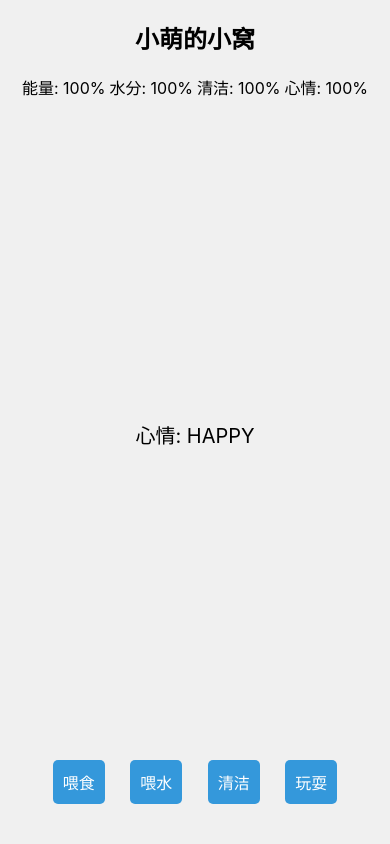
Repository: jzzdsb/PixelPetClimates
Screen: /
These files come from the project's save history. The screen is drawn as it stood at one moment and after the next save; the edit follows.
Pictures or frames that could not be fetched are drawn as grey boxes. The app was drawn by React Native's web renderer in a window 390 px wide. The project was rebuilt for these pictures with package versions that can differ from the ones it lists, and the page was loaded fresh each time.

Above is the screen before, as saved 2025-05-16 17:26:19.

### App.tsx
import { StatusBar } from 'expo-status-bar';
import { SafeAreaView } from 'react-native';
import PetGame from './src/components/PetGame';

export default function App() {
  return (
    <SafeAreaView style={{ flex: 1 }}>
      <StatusBar style="auto" />
      <PetGame />
    </SafeAreaView>
  );
}

### src/components/PetGame.tsx
import React, { useEffect, useState } from 'react';
import { View, Text, StyleSheet, TouchableOpacity, Image } from 'react-native';
import { Pet } from '../types/Pet';
import { GameTimeManager, PetStateManager } from '../store/GameState';

/**
 * 主游戏组件
 */
const PetGame: React.FC = () => {
  const [pet, setPet] = useState<Pet | null>(null);
  const [isNight, setIsNight] = useState(false);

  const gameTimeManager = GameTimeManager.getInstance();
  const petStateManager = PetStateManager.getInstance();

  useEffect(() => {
    // 创建新宠物
    const newPet = petStateManager.createPet('小萌', 'cat');
    setPet(newPet);

    // 设置游戏循环
    const gameLoop = setInterval(() => {
      gameTimeManager.updateTime();
      setIsNight(gameTimeManager.getIsNight());

      if (pet) {
        petStateManager.updatePetStats(pet.id);
        setPet({ ...petStateManager.getPet(pet.id)! });
      }
    }, 1000); // 每秒更新一次

    return () => clearInterval(gameLoop);
  }, []);

  const handleFeed = () => {
    if (pet) {
      petStateManager.feedPet(pet.id);
      setPet({ ...petStateManager.getPet(pet.id)! });
    }
  };

  const handleDrink = () => {
    if (pet) {
      petStateManager.giveDrink(pet.id);
      setPet({ ...petStateManager.getPet(pet.id)! });
    }
  };

  const handleClean = () => {
    if (pet) {
      petStateManager.clean(pet.id);
      setPet({ ...petStateManager.getPet(pet.id)! });
    }
  };

  const handlePlay = () => {
    if (pet) {
      petStateManager.play(pet.id);
      setPet({ ...petStateManager.getPet(pet.id)! });
    }
  };

  if (!pet) return null;

  return (
    <View style={[styles.container, isNight && styles.nightContainer]}>
      <Text style={styles.title}>{pet.name}的小窝</Text>

      <View style={styles.statsContainer}>
        <Text style={styles.stat}>能量: {Math.round(pet.stats.energy)}%</Text>
        <Text style={styles.stat}>水分: {Math.round(pet.stats.hydration)}%</Text>
        <Text style={styles.stat}>清洁: {Math.round(pet.stats.cleanliness)}%</Text>
        <Text style={styles.stat}>心情: {Math.round(pet.stats.happiness)}%</Text>
      </View>

      <View style={styles.petContainer}>
        {/* 这里后续需要添加像素风格的宠物图片 */}
        <Text style={styles.petMood}>心情: {pet.mood}</Text>
      </View>

      <View style={styles.actionContainer}>
        <TouchableOpacity style={styles.button} onPress={handleFeed}>
          <Text style={styles.buttonText}>喂食</Text>
        </TouchableOpacity>
        <TouchableOpacity style={styles.button} onPress={handleDrink}>
          <Text style={styles.buttonText}>喂水</Text>
        </TouchableOpacity>
        <TouchableOpacity style={styles.button} onPress={handleClean}>
          <Text style={styles.buttonText}>清洁</Text>
        </TouchableOpacity>
        <TouchableOpacity style={styles.button} onPress={handlePlay}>
          <Text style={styles.buttonText}>玩耍</Text>
        </TouchableOpacity>
      </View>
    </View>
  );
};

const styles = StyleSheet.create({
  container: {
    flex: 1,
    padding: 20,
    backgroundColor: '#f0f0f0',
  },
  nightContainer: {
    backgroundColor: '#2c3e50',
  },
  title: {
    fontSize: 24,
    fontWeight: 'bold',
    textAlign: 'center',
    marginBottom: 20,
  },
  statsContainer: {
    flexDirection: 'row',
    justifyContent: 'space-around',
    marginBottom: 20,
  },
  stat: {
    fontSize: 16,
  },
  petContainer: {
    flex: 1,
    alignItems: 'center',
    justifyContent: 'center',
  },
  petMood: {
    fontSize: 20,
    marginTop: 10,
  },
  actionContainer: {
    flexDirection: 'row',
    justifyContent: 'space-around',
    padding: 20,
  },
  button: {
    backgroundColor: '#3498db',
    padding: 10,
    borderRadius: 5,
  },
  buttonText: {
    color: 'white',
    fontSize: 16,
  },
});

export default PetGame;

### src/store/GameState.ts
import { Pet, PetMood, PetStats } from '../types/Pet';

/**
 * 游戏时间管理器
 */
export class GameTimeManager {
  private static instance: GameTimeManager;
  private currentTime: Date;
  private isNight: boolean;

  private constructor() {
    this.currentTime = new Date();
    this.isNight = this.checkIsNight();
  }

  /**
   * 获取游戏时间管理器实例
   */
  public static getInstance(): GameTimeManager {
    if (!GameTimeManager.instance) {
      GameTimeManager.instance = new GameTimeManager();
    }
    return GameTimeManager.instance;
  }

  /**
   * 检查当前是否是夜晚
   */
  private checkIsNight(): boolean {
    const hours = this.currentTime.getHours();
    return hours >= 20 || hours < 6;
  }

  /**
   * 更新游戏时间
   */
  public updateTime(): void {
    this.currentTime = new Date();
    this.isNight = this.checkIsNight();
  }

  /**
   * 获取当前是否是夜晚
   */
  public getIsNight(): boolean {
    return this.isNight;
  }
}

/**
 * 宠物状态管理器
 */
export class PetStateManager {
  private static instance: PetStateManager;
  private pets: Map<string, Pet>;

  private constructor() {
    this.pets = new Map();
  }

  /**
   * 获取宠物状态管理器实例
   */
  public static getInstance(): PetStateManager {
    if (!PetStateManager.instance) {
      PetStateManager.instance = new PetStateManager();
    }
    return PetStateManager.instance;
  }

  /**
   * 创建新宠物
   */
  public createPet(name: string, type: string): Pet {
    const newPet: Pet = {
      id: Date.now().toString(),
      name,
      type,
      mood: PetMood.HAPPY,
      stats: {
        energy: 100,
        hydration: 100,
        cleanliness: 100,
        happiness: 100,
        health: 100,
      },
      lastFed: new Date(),
      lastDrank: new Date(),
      lastCleaned: new Date(),
      lastPlayed: new Date(),
      createdAt: new Date(),
    };
    this.pets.set(newPet.id, newPet);
    return newPet;
  }

  /**
   * 获取宠物信息
   */
  public getPet(petId: string): Pet | undefined {
    return this.pets.get(petId);
  }

  /**
   * 更新宠物状态
   */
  public updatePetStats(petId: string): void {
    const pet = this.pets.get(petId);
    if (!pet) return;

    const now = new Date();
    const timeSinceLastFed = (now.getTime() - pet.lastFed.getTime()) / (1000 * 60); // 转换为分钟
    const timeSinceLastDrank = (now.getTime() - pet.lastDrank.getTime()) / (1000 * 60);
    const timeSinceLastCleaned = (now.getTime() - pet.lastCleaned.getTime()) / (1000 * 60);
    const timeSinceLastPlayed = (now.getTime() - pet.lastPlayed.getTime()) / (1000 * 60);

    // 更新状态值
    pet.stats.energy = Math.max(0, pet.stats.energy - timeSinceLastFed * 0.1);
    pet.stats.hydration = Math.max(0, pet.stats.hydration - timeSinceLastDrank * 0.15);
    pet.stats.cleanliness = Math.max(0, pet.stats.cleanliness - timeSinceLastCleaned * 0.05);
    pet.stats.happiness = Math.max(0, pet.stats.happiness - timeSinceLastPlayed * 0.08);

    // 更新心情
    this.updatePetMood(pet);
  }

  /**
   * 更新宠物心情
   */
  private updatePetMood(pet: Pet): void {
    const averageStats = (
      pet.stats.energy +
      pet.stats.hydration +
      pet.stats.cleanliness +
      pet.stats.happiness
    ) / 4;

    if (averageStats >= 75) {
      pet.mood = PetMood.HAPPY;
    } else if (averageStats >= 50) {
      pet.mood = PetMood.NORMAL;
    } else if (averageStats >= 25) {
      pet.mood = PetMood.SAD;
    } else {
      pet.mood = PetMood.ANGRY;
    }
  }

  /**
   * 喂食
   */
  public feedPet(petId: string): void {
    const pet = this.pets.get(petId);
    if (!pet) return;

    pet.stats.energy = Math.min(100, pet.stats.energy + 30);
    pet.lastFed = new Date();
    this.updatePetMood(pet);
  }

  /**
   * 喂水
   */
  public giveDrink(petId: string): void {
    const pet = this.pets.get(petId);
    if (!pet) return;

    pet.stats.hydration = Math.min(100, pet.stats.hydration + 30);
    pet.lastDrank = new Date();
    this.updatePetMood(pet);
  }

  /**
   * 清洁
   */
  public clean(petId: string): void {
    const pet = this.pets.get(petId);
    if (!pet) return;

    pet.stats.cleanliness = 100;
    pet.lastCleaned = new Date();
    this.updatePetMood(pet);
  }

  /**
   * 玩耍
   */
  public play(petId: string): void {
    const pet = this.pets.get(petId);
    if (!pet) return;

    pet.stats.happiness = Math.min(100, pet.stats.happiness + 20);
    pet.stats.energy = Math.max(0, pet.stats.energy - 10);
    pet.lastPlayed = new Date();
    this.updatePetMood(pet);
  }
}

### src/types/Pet.ts
/**
 * 宠物状态枚举
 */
export enum PetMood {
  HAPPY = 'HAPPY',
  NORMAL = 'NORMAL',
  SAD = 'SAD',
  ANGRY = 'ANGRY',
}

/**
 * 宠物属性接口
 */
export interface PetStats {
  energy: number;      // 能量值 0-100
  hydration: number;   // 水分值 0-100
  cleanliness: number; // 清洁度 0-100
  happiness: number;   // 幸福度 0-100
  health: number;      // 健康度 0-100
}

/**
 * 宠物类型接口
 */
export interface Pet {
  id: string;
  name: string;
  type: string;
  mood: PetMood;
  stats: PetStats;
  lastFed: Date;
  lastDrank: Date;
  lastCleaned: Date;
  lastPlayed: Date;
  createdAt: Date;
}

### src/components/PixelPet.tsx
import React, { useEffect, useRef } from 'react';
import { View, Image, StyleSheet, Animated, Easing } from 'react-native';
import { PetMood } from '../types/Pet';

interface PixelPetProps {
  mood: PetMood;
  isNight: boolean;
  type: string;
}

/**
 * 像素宠物组件
 */
const PixelPet: React.FC<PixelPetProps> = ({ mood, isNight, type }) => {
  const bounceAnim = useRef(new Animated.Value(0)).current;
  const floatAnim = useRef(new Animated.Value(0)).current;

  useEffect(() => {
    // 弹跳动画
    Animated.loop(
      Animated.sequence([
        Animated.timing(bounceAnim, {
          toValue: -10,
          duration: 1000,
          easing: Easing.inOut(Easing.ease),
          useNativeDriver: true,
        }),
        Animated.timing(bounceAnim, {
          toValue: 0,
          duration: 1000,
          easing: Easing.inOut(Easing.ease),
          useNativeDriver: true,
        }),
      ])
    ).start();

    // 漂浮动画
    Animated.loop(
      Animated.sequence([
        Animated.timing(floatAnim, {
          toValue: 5,
          duration: 2000,
          easing: Easing.inOut(Easing.ease),
          useNativeDriver: true,
        }),
        Animated.timing(floatAnim, {
          toValue: -5,
          duration: 2000,
          easing: Easing.inOut(Easing.ease),
          useNativeDriver: true,
        }),
      ])
    ).start();
  }, []);

  // 根据心情和时间获取对应的图片
  const getPetImage = () => {
    // TODO: 替换为实际的图片资源
    return require('../assets/images/pets/default.png');
  };

  return (
    <View style={styles.container}>
      <Animated.View
        style={[
          styles.petContainer,
          {
            transform: [
              { translateY: bounceAnim },
              { translateX: floatAnim },
            ],
          },
        ]}
      >
        <Image
          source={getPetImage()}
          style={[
            styles.petImage,
            isNight && styles.nightFilter,
          ]}
        />
      </Animated.View>
      {/* 添加阴影效果 */}
      <View style={styles.shadow} />
    </View>
  );
};

const styles = StyleSheet.create({
  container: {
    alignItems: 'center',
    justifyContent: 'center',
    height: 200,
  },
  petContainer: {
    width: 100,
    height: 100,
  },
  petImage: {
    width: '100%',
    height: '100%',
    resizeMode: 'contain',
  },
  nightFilter: {
    tintColor: '#666',
    opacity: 0.8,
  },
  shadow: {
    position: 'absolute',
    bottom: 0,
    width: 60,
    height: 20,
    backgroundColor: 'rgba(0,0,0,0.2)',
    borderRadius: 30,
    transform: [{ scaleX: 2 }],
  },
});

export default PixelPet;

### src/components/PixelButton.tsx
import React from 'react';
import {
  TouchableOpacity,
  Text,
  StyleSheet,
  Animated,
  ViewStyle,
  TextStyle,
  TouchableOpacityProps,
} from 'react-native';

interface PixelButtonProps extends TouchableOpacityProps {
  title: string;
  containerStyle?: ViewStyle;
  textStyle?: TextStyle;
}

/**
 * 像素风格按钮组件
 */
const PixelButton: React.FC<PixelButtonProps> = ({
  title,
  containerStyle,
  textStyle,
  onPress,
  ...props
}) => {
  const animatedValue = new Animated.Value(1);

  const handlePressIn = () => {
    Animated.spring(animatedValue, {
      toValue: 0.95,
      useNativeDriver: true,
    }).start();
  };

  const handlePressOut = () => {
    Animated.spring(animatedValue, {
      toValue: 1,
      useNativeDriver: true,
    }).start();
  };

  return (
    <Animated.View
      style={[
        {
          transform: [{ scale: animatedValue }],
        },
      ]}
    >
      <TouchableOpacity
        onPress={onPress}
        onPressIn={handlePressIn}
        onPressOut={handlePressOut}
        style={[styles.button, containerStyle]}
        activeOpacity={0.7}
        {...props}
      >
        <Text style={[styles.text, textStyle]}>{title}</Text>
      </TouchableOpacity>
    </Animated.View>
  );
};

const styles = StyleSheet.create({
  button: {
    backgroundColor: '#4A90E2',
    padding: 12,
    borderRadius: 8,
    borderWidth: 3,
    borderColor: '#2171C1',
    shadowColor: '#000',
    shadowOffset: {
      width: 0,
      height: 2,
    },
    shadowOpacity: 0.25,
    shadowRadius: 3.84,
    elevation: 5,
  },
  text: {
    color: '#FFFFFF',
    fontSize: 16,
    fontWeight: 'bold',
    textAlign: 'center',
    textShadowColor: 'rgba(0, 0, 0, 0.5)',
    textShadowOffset: { width: 1, height: 1 },
    textShadowRadius: 1,
  },
});

export default PixelButton;

After the next save:
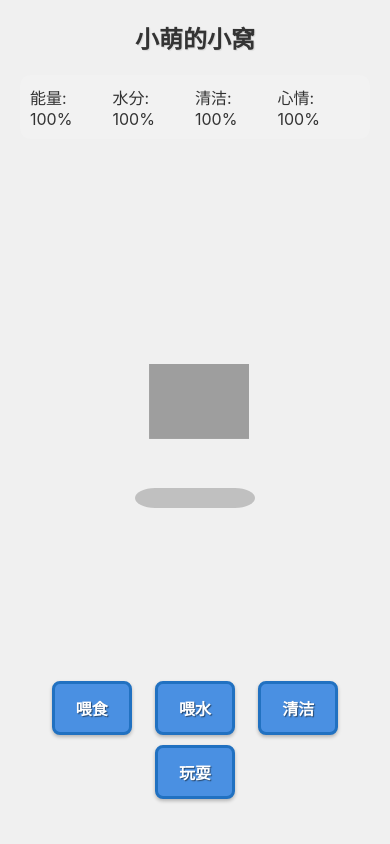
Saved 46 s later.
--- a/src/components/PetGame.tsx
+++ b/src/components/PetGame.tsx
@@ -1,7 +1,9 @@
 import React, { useEffect, useState } from 'react';
-import { View, Text, StyleSheet, TouchableOpacity, Image } from 'react-native';
+import { View, Text, StyleSheet, Animated } from 'react-native';
 import { Pet } from '../types/Pet';
 import { GameTimeManager, PetStateManager } from '../store/GameState';
+import PixelPet from './PixelPet';
+import PixelButton from './PixelButton';
 
 /**
  * 主游戏组件
@@ -9,6 +11,7 @@ import { GameTimeManager, PetStateManager } from '../store/GameState';
 const PetGame: React.FC = () => {
   const [pet, setPet] = useState<Pet | null>(null);
   const [isNight, setIsNight] = useState(false);
+  const fadeAnim = React.useRef(new Animated.Value(1)).current;
 
   const gameTimeManager = GameTimeManager.getInstance();
   const petStateManager = PetStateManager.getInstance();
@@ -21,13 +24,30 @@ const PetGame: React.FC = () => {
     // 设置游戏循环
     const gameLoop = setInterval(() => {
       gameTimeManager.updateTime();
-      setIsNight(gameTimeManager.getIsNight());
+      const newIsNight = gameTimeManager.getIsNight();
+
+      if (newIsNight !== isNight) {
+        // 日夜切换动画
+        Animated.sequence([
+          Animated.timing(fadeAnim, {
+            toValue: 0,
+            duration: 1000,
+            useNativeDriver: true,
+          }),
+          Animated.timing(fadeAnim, {
+            toValue: 1,
+            duration: 1000,
+            useNativeDriver: true,
+          }),
+        ]).start();
+        setIsNight(newIsNight);
+      }
 
       if (pet) {
         petStateManager.updatePetStats(pet.id);
         setPet({ ...petStateManager.getPet(pet.id)! });
       }
-    }, 1000); // 每秒更新一次
+    }, 1000);
 
     return () => clearInterval(gameLoop);
   }, []);
@@ -63,36 +83,63 @@ const PetGame: React.FC = () => {
   if (!pet) return null;
 
   return (
-    <View style={[styles.container, isNight && styles.nightContainer]}>
-      <Text style={styles.title}>{pet.name}的小窝</Text>
+    <Animated.View
+      style={[
+        styles.container,
+        isNight && styles.nightContainer,
+        { opacity: fadeAnim }
+      ]}
+    >
+      <Text style={[styles.title, isNight && styles.nightText]}>
+        {pet.name}的小窝
+      </Text>
 
       <View style={styles.statsContainer}>
-        <Text style={styles.stat}>能量: {Math.round(pet.stats.energy)}%</Text>
-        <Text style={styles.stat}>水分: {Math.round(pet.stats.hydration)}%</Text>
-        <Text style={styles.stat}>清洁: {Math.round(pet.stats.cleanliness)}%</Text>
-        <Text style={styles.stat}>心情: {Math.round(pet.stats.happiness)}%</Text>
+        <Text style={[styles.stat, isNight && styles.nightText]}>
+          能量: {Math.round(pet.stats.energy)}%
+        </Text>
+        <Text style={[styles.stat, isNight && styles.nightText]}>
+          水分: {Math.round(pet.stats.hydration)}%
+        </Text>
+        <Text style={[styles.stat, isNight && styles.nightText]}>
+          清洁: {Math.round(pet.stats.cleanliness)}%
+        </Text>
+        <Text style={[styles.stat, isNight && styles.nightText]}>
+          心情: {Math.round(pet.stats.happiness)}%
+        </Text>
       </View>
 
       <View style={styles.petContainer}>
-        {/* 这里后续需要添加像素风格的宠物图片 */}
-        <Text style={styles.petMood}>心情: {pet.mood}</Text>
+        <PixelPet
+          mood={pet.mood}
+          isNight={isNight}
+          type={pet.type}
+        />
       </View>
 
       <View style={styles.actionContainer}>
-        <TouchableOpacity style={styles.button} onPress={handleFeed}>
-          <Text style={styles.buttonText}>喂食</Text>
-        </TouchableOpacity>
-        <TouchableOpacity style={styles.button} onPress={handleDrink}>
-          <Text style={styles.buttonText}>喂水</Text>
-        </TouchableOpacity>
-        <TouchableOpacity style={styles.button} onPress={handleClean}>
-          <Text style={styles.buttonText}>清洁</Text>
-        </TouchableOpacity>
-        <TouchableOpacity style={styles.button} onPress={handlePlay}>
-          <Text style={styles.buttonText}>玩耍</Text>
-        </TouchableOpacity>
+        <PixelButton
+          title="喂食"
+          onPress={handleFeed}
+          containerStyle={styles.actionButton}
+        />
+        <PixelButton
+          title="喂水"
+          onPress={handleDrink}
+          containerStyle={styles.actionButton}
+        />
+        <PixelButton
+          title="清洁"
+          onPress={handleClean}
+          containerStyle={styles.actionButton}
+        />
+        <PixelButton
+          title="玩耍"
+          onPress={handlePlay}
+          containerStyle={styles.actionButton}
+        />
       </View>
-    </View>
+    </Animated.View>
   );
 };
 
@@ -110,37 +157,41 @@ const styles = StyleSheet.create({
     fontWeight: 'bold',
     textAlign: 'center',
     marginBottom: 20,
+    color: '#333',
+    textShadowColor: 'rgba(0, 0, 0, 0.1)',
+    textShadowOffset: { width: 1, height: 1 },
+    textShadowRadius: 1,
+  },
+  nightText: {
+    color: '#fff',
+    textShadowColor: 'rgba(0, 0, 0, 0.3)',
   },
   statsContainer: {
     flexDirection: 'row',
     justifyContent: 'space-around',
     marginBottom: 20,
+    backgroundColor: 'rgba(255, 255, 255, 0.1)',
+    borderRadius: 10,
+    padding: 10,
   },
   stat: {
     fontSize: 16,
+    color: '#333',
   },
   petContainer: {
     flex: 1,
     alignItems: 'center',
     justifyContent: 'center',
   },
-  petMood: {
-    fontSize: 20,
-    marginTop: 10,
-  },
   actionContainer: {
     flexDirection: 'row',
     justifyContent: 'space-around',
     padding: 20,
+    flexWrap: 'wrap',
   },
-  button: {
-    backgroundColor: '#3498db',
-    padding: 10,
-    borderRadius: 5,
-  },
-  buttonText: {
-    color: 'white',
-    fontSize: 16,
+  actionButton: {
+    margin: 5,
+    minWidth: 80,
   },
 });
 
